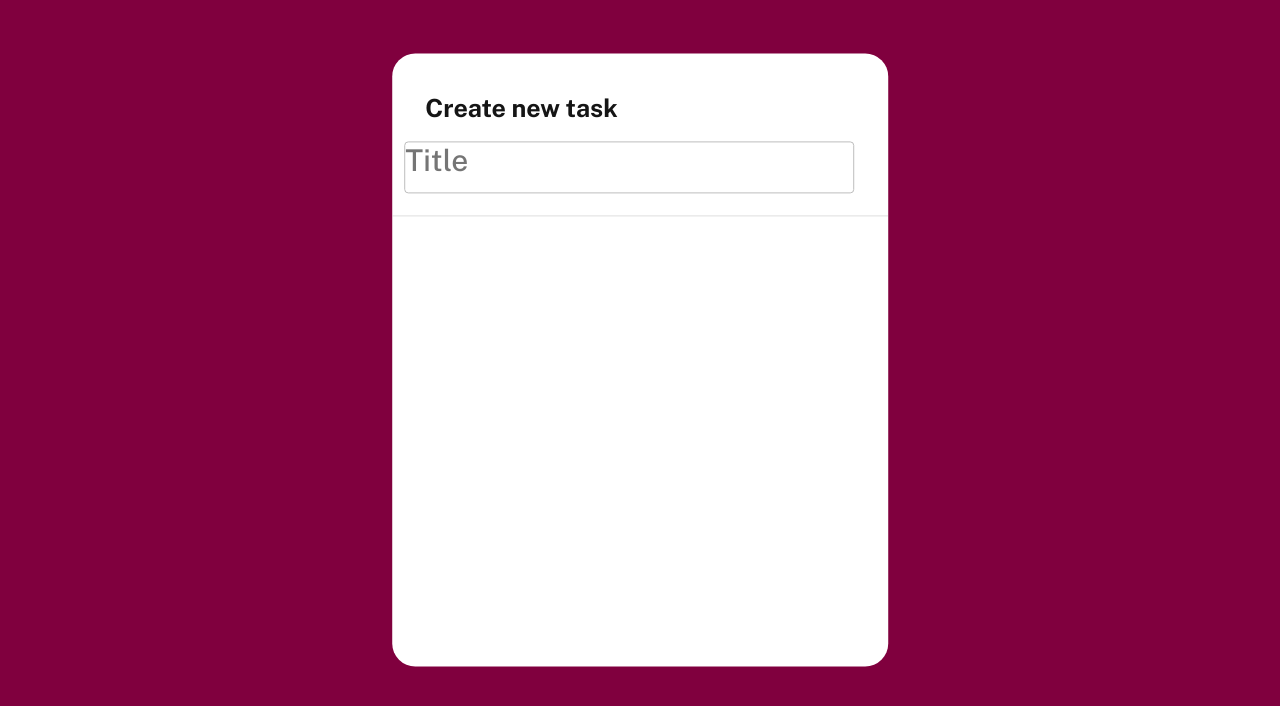
Repository: MorgunovaAlexandra/verstka-form
Page: index.html
These files come from the project's save history. The page is drawn as it stood at one moment and after the next save; the edit follows.
The browser window is 1280 px wide. The pictures show the whole page.
The style sheet was rebuilt from its Sass, Less or Tailwind sources for each picture, by a compiler version that may differ from the author's.

Above is the page before, as saved 2022-06-24 12:28:38.

### index.html
<!DOCTYPE html>
<html lang="ru">
<head>
    <meta charset="UTF-8">
    <meta http-equiv="X-UA-Compatible" content="IE=edge">
    <meta name="viewport" content="width=device-width, initial-scale=1.0">
    <link rel="stylesheet" href="./css/style.css">
    <title>Document</title>
</head>
<body>
    <div class="wrapper">
       <form class="form">
           <div class="fieldset">
            <legend><b>Create new task</b></legend>
            <div class="text-field">
                <input class="text-field__input" type="text" name="firstname" id="firstname"
                >
                <label class="text-field__label" for="username">Title</label>
              </div>
           </div>
        </form>
    </div>
</body>
</html>

### scss/style.scss
@import "variables";
@import "mixins";
@import url('https://fonts.googleapis.com/css2?family=Public+Sans:wght@500;700&display=swap');
body {
   @include vov(rgb(128, 0, 62));
   font-family:$fontFamily ;
   font-weight: $fontWaight;
   line-height: $lineHeight;
   color:$ColorGrey;
}
.form{
    width: 495.55px;
    height: 613.21px;
    background-color: white;
    border-radius: 23px;
     box-sizing: border-box;
    position: fixed; top: 50%; left: 50%;
    -webkit-transform: translate(-50%, -50%);
    -ms-transform: translate(-50%, -50%);
    transform: translate(-50%, -50%);
}
legend{
    margin-top: 40px;
    margin-left: 31px;
    font-weight: 700;
    font-size: 25px;
    color:$ColorBlack;
}
.text-field{
    position: relative;
    border: none;
      border-bottom: 1px solid #bdbdbd;
      border-radius: 0;
      border-top-left-radius: 0.25rem;
      border-top-right-radius: 0.25rem;
      height: calc(3.5rem + 2px);
      line-height: 1.25;
      padding: 1rem 0.75rem;

      &:focus {
        outline: 0;
        border-bottom: 1px solid #03a9f4;
        box-shadow: none;
        background-color: #eee;
      }
}
.text-field__input{
    display: block;
      width: 90%;
      height: calc(2.25rem + 2px);
      padding: 0.375rem 0.75rem;
      font-family: inherit;
      font-size: 1rem;
      font-weight: 400;
      line-height: 1.5;
      color: #212529;
      background-color: #fff;
      background-clip: padding-box;
      border: 1px solid #bdbdbd;
      border-radius: 0.25rem;
      transition: border-color 0.15s ease-in-out, box-shadow 0.15s ease-in-out;
    }
.text-field__label{
    display: block;
    position: absolute;
      top: 0;
      left: 0;
      height: 100%;
      padding: 1rem .75rem;
      pointer-events: none;
      border: 1px solid transparent;
      transform-origin: 0 0;
      transition: color .15s ease-in-out, transform .15s ease-in-out;
}

### scss/variables.scss
$bgColor: green;
$fontFamily:'Public Sans', sans-serif;
$fontWaight:500;
$lineHeight:31.86px;
$ColorBlack:#151515;
$ColorGrey:#757575;

### scss/mixins.scss
@mixin vov($color) {
    font-size: 30px;
    background-color:$color ;
}

After the next save:
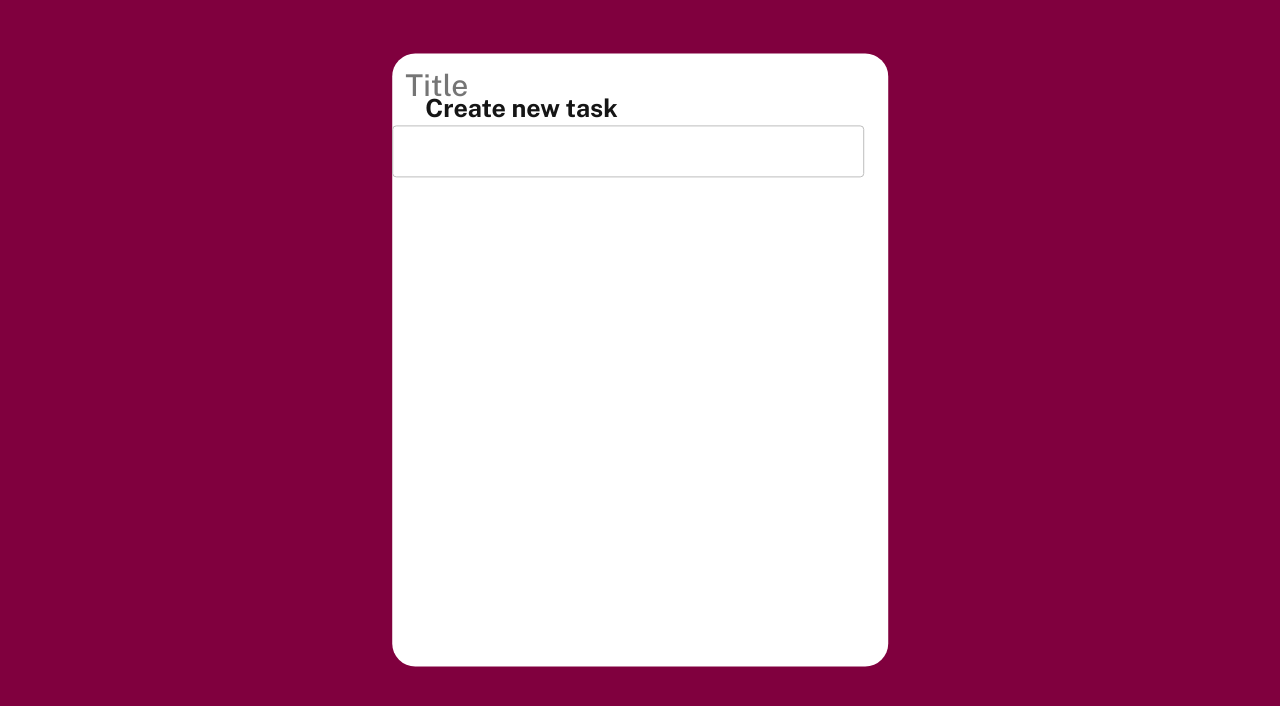
Saved 2 min 24 s later.
--- a/scss/style.scss
+++ b/scss/style.scss
@@ -27,22 +27,7 @@ legend{
     color:$ColorBlack;
 }
 .text-field{
-    position: relative;
-    border: none;
-      border-bottom: 1px solid #bdbdbd;
-      border-radius: 0;
-      border-top-left-radius: 0.25rem;
-      border-top-right-radius: 0.25rem;
-      height: calc(3.5rem + 2px);
-      line-height: 1.25;
-      padding: 1rem 0.75rem;
 
-      &:focus {
-        outline: 0;
-        border-bottom: 1px solid #03a9f4;
-        box-shadow: none;
-        background-color: #eee;
-      }
 }
 .text-field__input{
     display: block;
